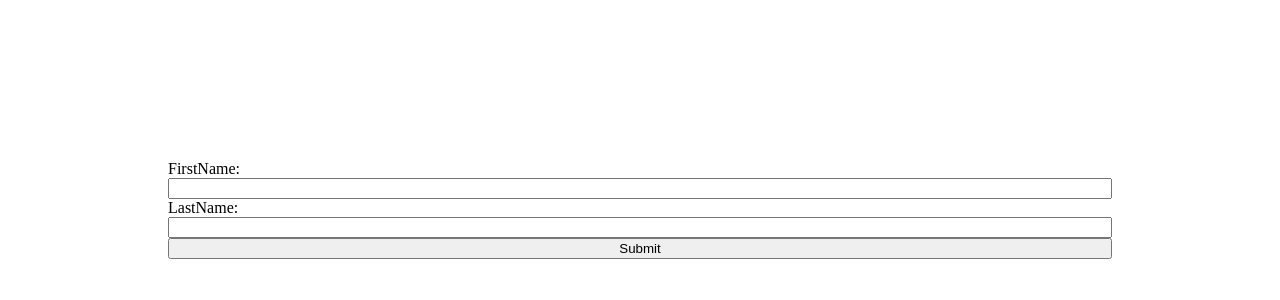
Repository: Vijay-aura/Wicket
Page: wicket-practice/src/main/java/com/form/InputFieldsPage.html
The author's editor kept a copy of each file at every save. The page is drawn from the files as they stood at one save, then again after the next save.
The browser window is 1280 px wide. The pictures show the whole page.

Above is the page before, as saved 2024-03-04 12:42:38.

### wicket-practice/src/main/java/com/form/InputFieldsPage.html
<!DOCTYPE html>
<html xmlns="http://www.w3.org/1999/xhtml"
	xmlns:wicket=http://wicket.apache.org/dtds.data/wicket-xhtml1.4-strict.dtd>
<head>
<meta charset="ISO-8859-1">
<title>Insert title here</title>
<wicket:head>
	<style>
.form {
	display: flex;
	flex-direction: column;
	margin:10rem;
}
</style>
</wicket:head>
</head>
<body>
	<form wicket:id="form" class="form">
		FirstName: <input type="text" wicket:id="firstName"> LastName:
		<input type="text" wicket:id="lastName">
		<button wicket:id="button">Submit</button>
	</form>
	<div wicket:id="detailsContainer">
		<span wicket:id="details"></span>
	</div>

</body>
</html>

After the next save:
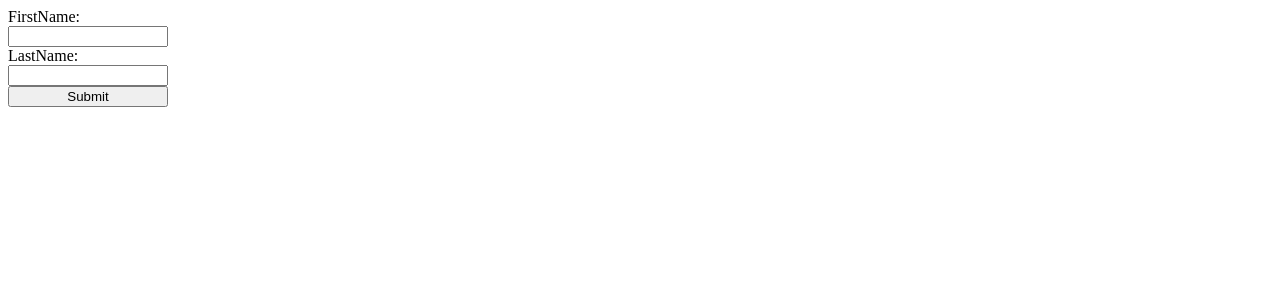
Saved 15 s later.
--- a/wicket-practice/src/main/java/com/form/InputFieldsPage.html
+++ b/wicket-practice/src/main/java/com/form/InputFieldsPage.html
@@ -9,7 +9,7 @@
 .form {
 	display: flex;
 	flex-direction: column;
-	margin:10rem;
+	width:10rem;
 }
 </style>
 </wicket:head>
